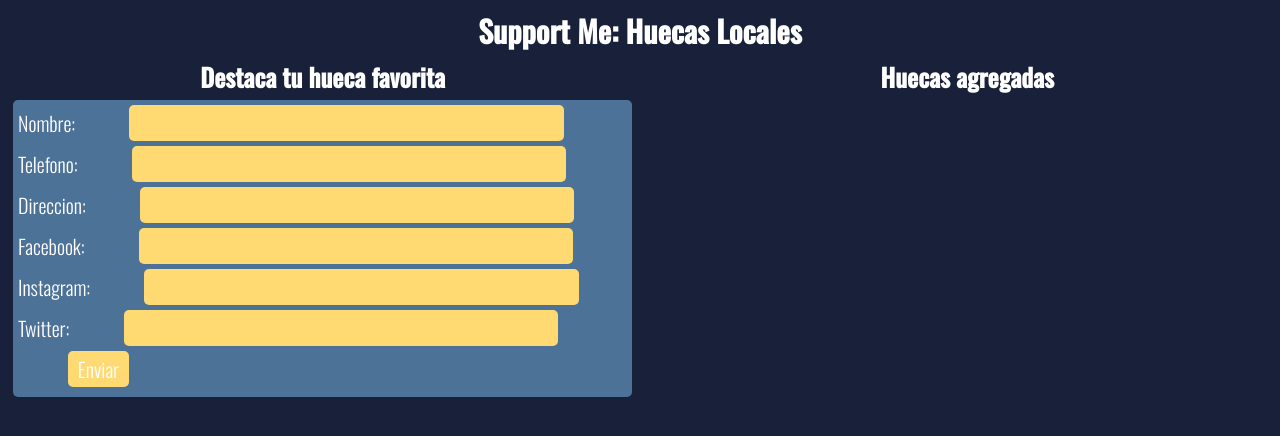
Repository: renzopachecoj/huecas-website
Page: index.html
These files come from the project's save history. The page is drawn as it stood at one moment and after the next save; the edit follows.
The browser window is 1280 px wide. The pictures show the whole page.

Above is the page before, as saved 2020-08-01 15:31:58.

After the next save:
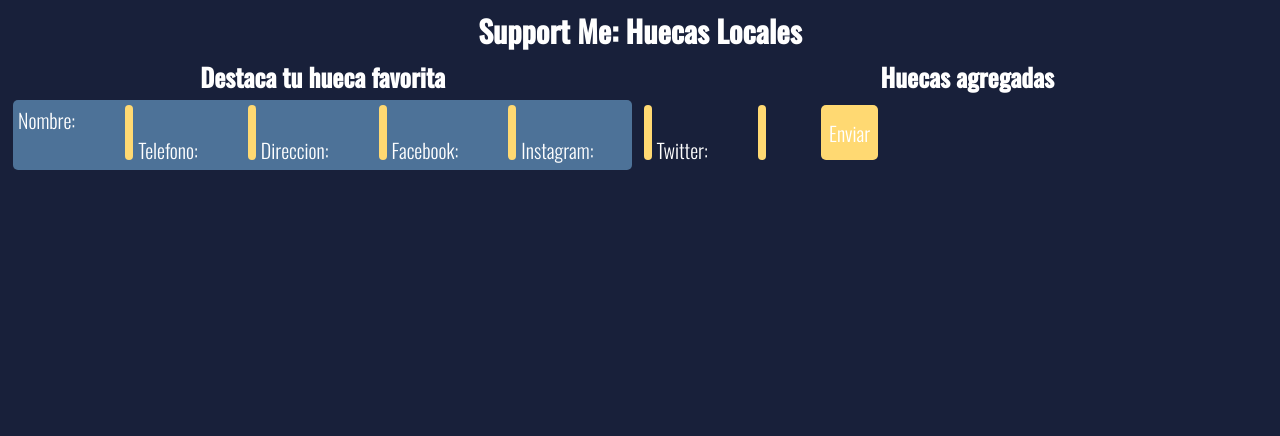
Saved 25 s later.
--- a/styles.css
+++ b/styles.css
@@ -42,7 +42,6 @@ input{
     border-radius: 5px;
     border-color: transparent;
     background-color: #FFD972;
-    align-items: center;
 }
 input[value="Enviar"]{
     width: 10%;
@@ -52,4 +51,6 @@ form{
     background-color: #4D7298;
     padding: 5px 5px 5px 5px;
     border-radius: 5px;
+    display: flex;
+    flex-direction: row;
 }
